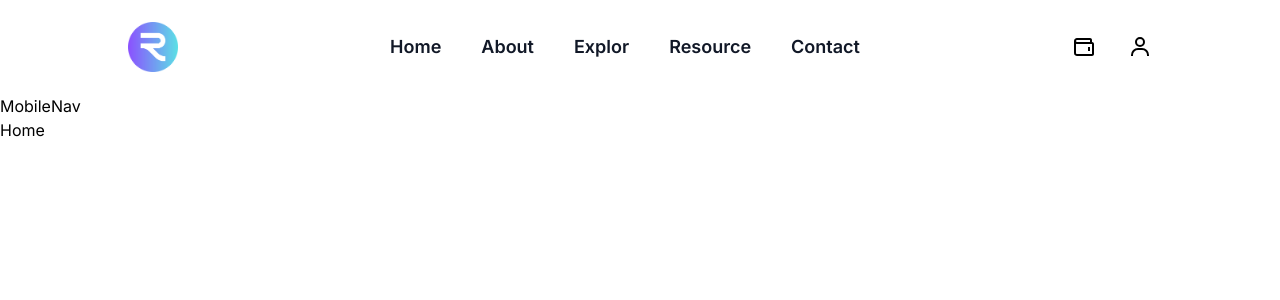
Repository: longblue2910/rimdasilva-ui
Page: /
The author's editor kept a copy of each file at every save. The page is drawn from the files as they stood at one save, then again after the next save.
The browser window is 1280 px wide. The pictures show the whole page.
The project was rebuilt for these pictures with package versions that can differ from the ones it lists, and the page was loaded fresh each time. The framework's server and built-in components were replaced by stand-ins that run in the browser. Also part of the build but not shown: next.config.mjs.

Above is the page before, as saved 2024-08-09 14:25:20.

After the next save:
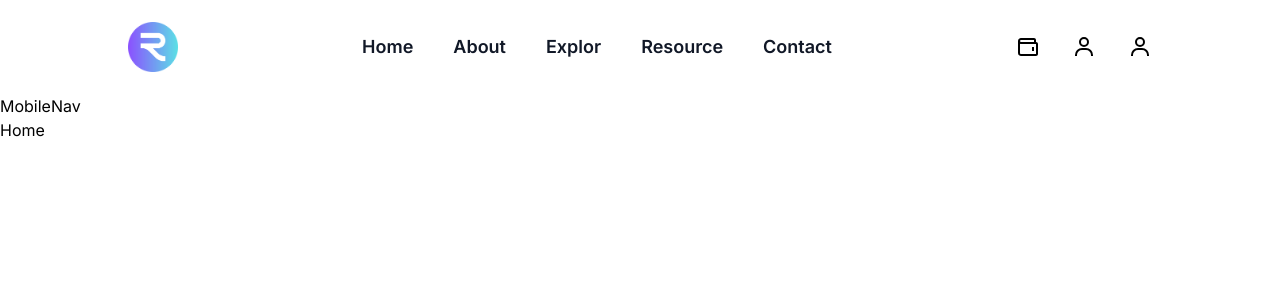
Saved 13 s later.
--- a/components/Home/Navbar/Nav.tsx
+++ b/components/Home/Navbar/Nav.tsx
@@ -34,6 +34,7 @@ const Nav = () => {
         <div className="flex items-center space-x-8">
           <BiWallet className="w-6 h-6 cursor-pointer hover:text-red-600 " />
           <BiUser className="w-6 h-6 cursor-pointer hover:text-red-600 " />
+          <BiUser className="w-6 h-6 cursor-pointer hover:text-red-600 " />
         </div>
       </div>
     </div>
